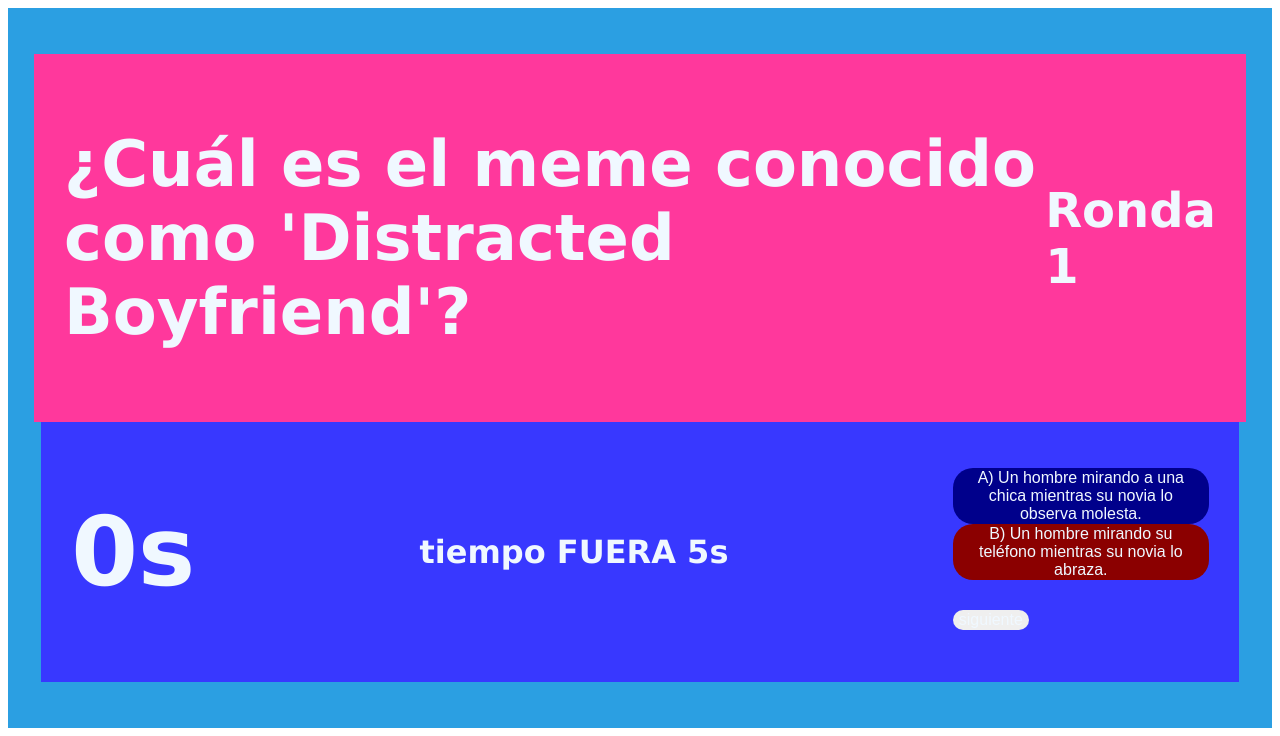
Repository: eschala/Proyecto_Clonaci-n_Kahoot_2023-2
Page: Borrador_Samir_Kahoot_NEW/Prueaba_Validar.html
These files come from the project's save history. The page is drawn as it stood at one moment and after a run of saves; the edit follows.
The browser window is 1280 px wide. The pictures show the whole page.

Above is the page before, as saved 2023-11-29 15:31:05.

After the next 4 saves:
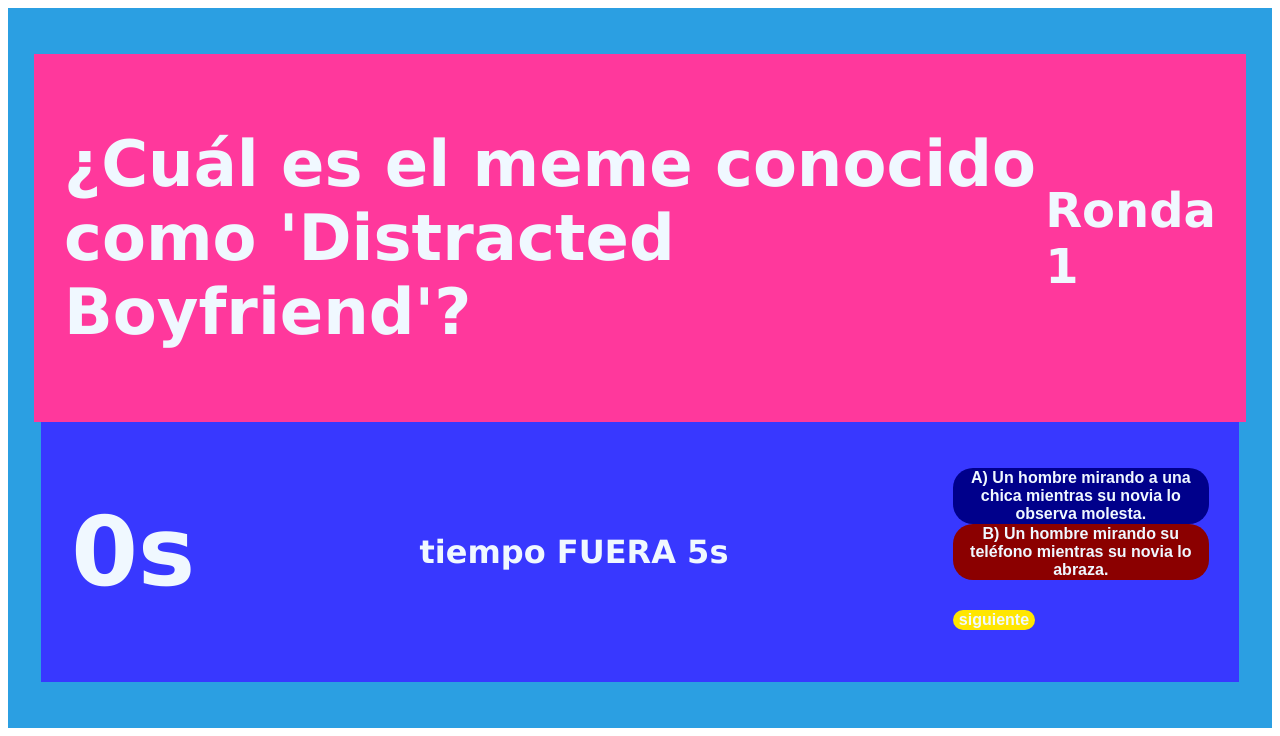
The 4 saves are shown as one change because they came seconds apart.
The last was saved 10 s later.
--- a/Borrador_Samir_Kahoot_NEW/stylePrueba.css
+++ b/Borrador_Samir_Kahoot_NEW/stylePrueba.css
@@ -70,7 +70,7 @@
     cursor: pointer;
 }
 .botones{
-    background-color
+    background-color:rgb(255, 230, 0);
     font-weight: 700;
 
 
